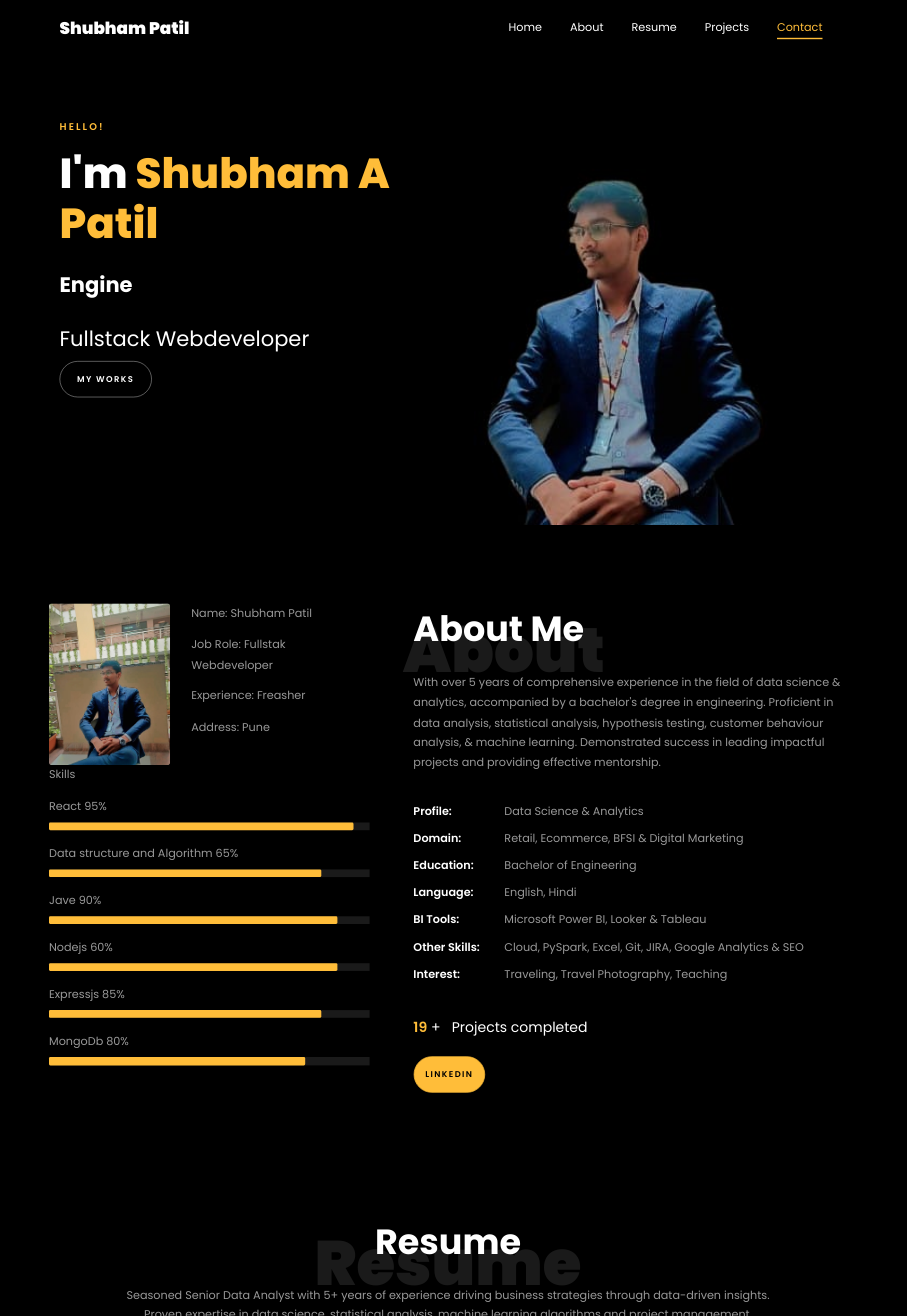
Repository: abp197/portfolio-website
Page: index.html
These files come from the project's save history. The page is drawn as it stood at one moment and after a run of saves; the edit follows.
The browser window is 1280 px wide. The page is 1295 px wide, so the pictures cover 1295 px, including what lies to the right of the window. The pictures show the part of the page from y = 0 to 1880 px (the page is 6242 px tall), at 70% of full size.

Above is the page before, as saved 2024-10-15 00:21:07.
Console error (its wording comes from the project's code and is left out).

After the next 2 saves:
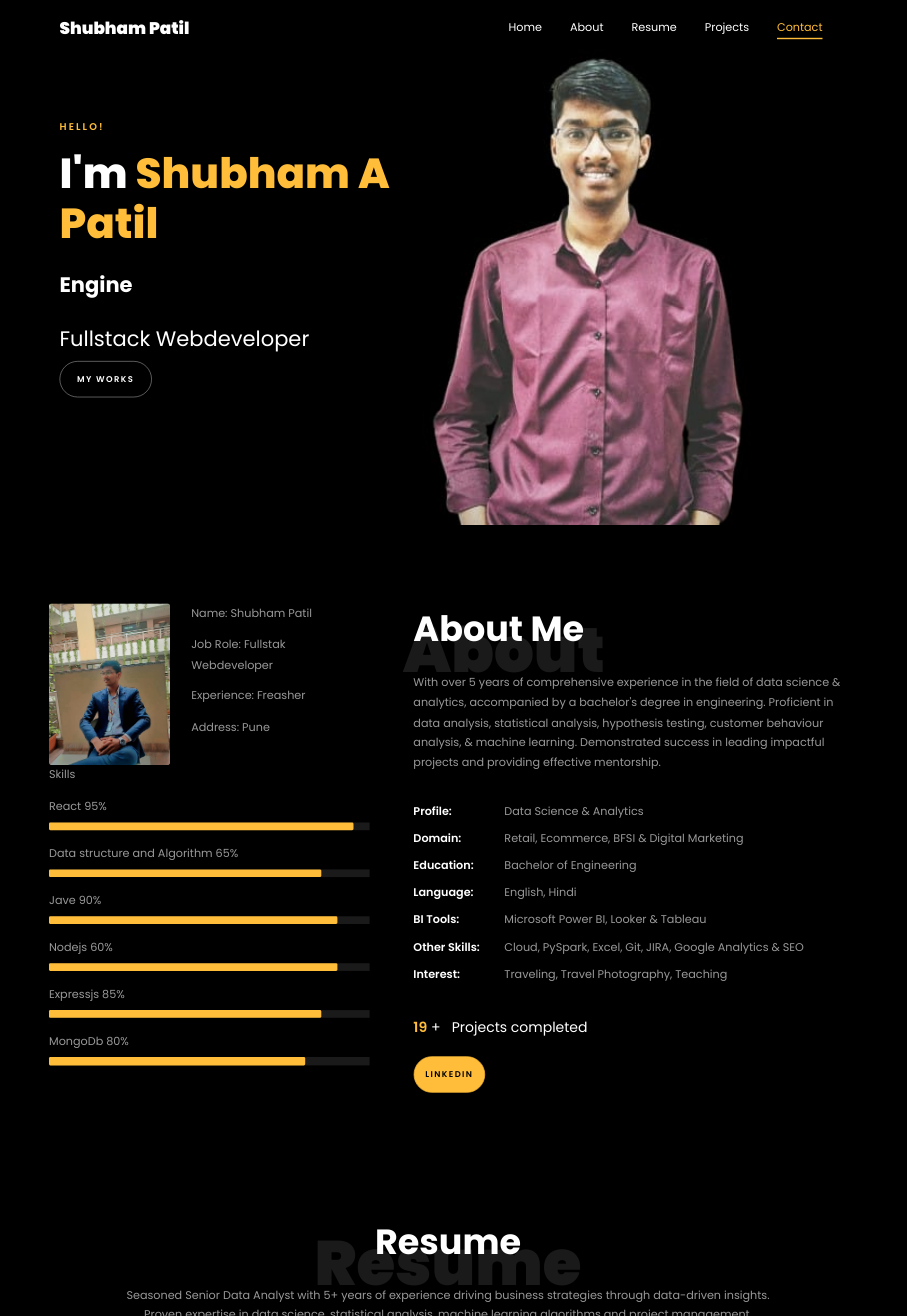
The 2 saves are shown as one change because they came seconds apart.
The last was saved 110 s later.
--- a/index.html
+++ b/index.html
@@ -141,7 +141,7 @@
 	      	<div class="overlay"></div>
 	         <div class="container">
 	          <div class="row d-md-flex no-gutters slider-text align-items-end justify-content-end" data-scrollax-parent="true">
-	          	<div class="one-third js-fullheight order-md-last img" style="background-image:url(images/self1.jpg);">
+	          	<div class="one-third js-fullheight order-md-last img" style="background-image:url(images/self2.jpg);">
 	          	 <div class="overlay"></div>
 	          	</div>
 		          <div class="one-forth d-flex  align-items-center ftco-animate" data-scrollax=" properties: { translateY: '70%' }">
